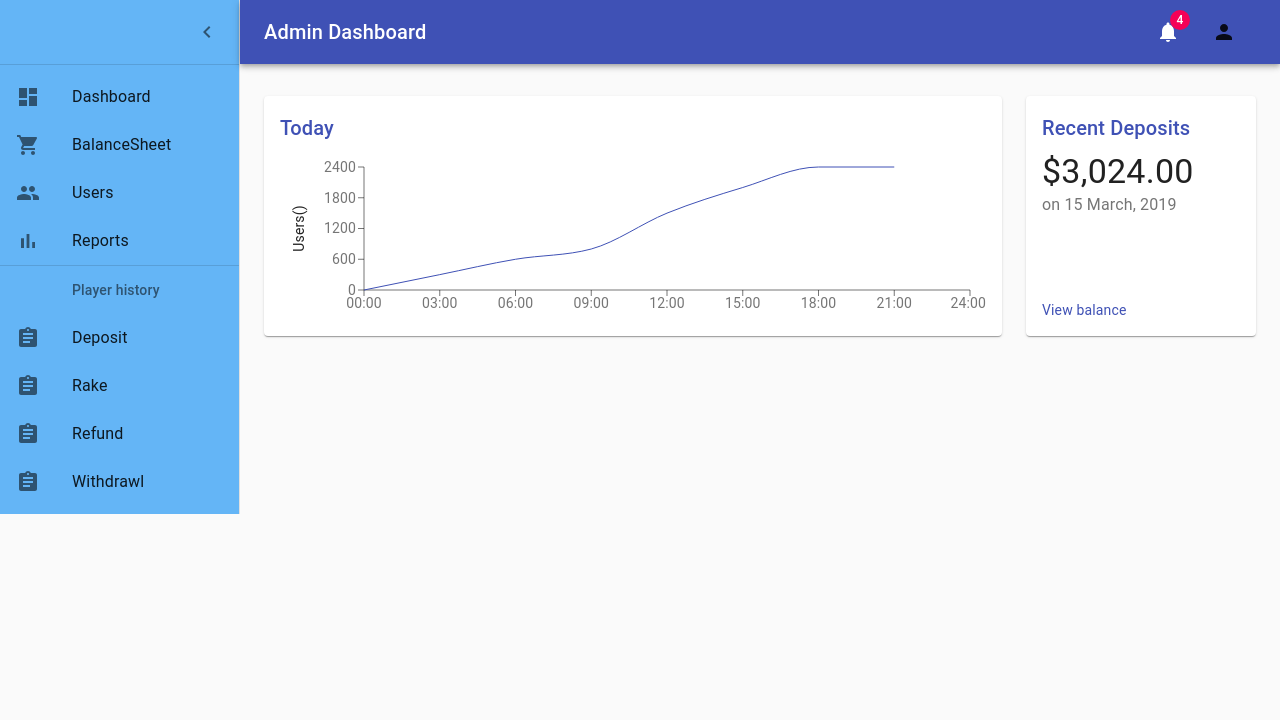
Repository: imayankbisht/ludofrontend
Page: /Dashboard
An editor plug-in stored every save of this project. The page is shown before and after the next save, followed by the edit.
The browser window is 1280 px wide. The pictures show the whole page.
The project was rebuilt for these pictures with package versions that can differ from the ones it lists, and the page was loaded fresh each time. Also part of the build but not shown: src/axios.js, src/components/login.js.

Above is the page before, as saved 2021-01-16 14:53:45.

### src/App.js
import React from 'react';
import './App.css';
import {
  BrowserRouter as Router,
  Switch,
  Route,
 Redirect
} from "react-router-dom";
// import SignInOutContainer from './containers';
import Dashboard from './components/Dashboard';
import Login from './components/login';
 function App() {
  return (
    <div className="App">
  <Router >
    <Switch>
      <Route path="/login" component={Login} />
      <Route path="/Dashboard" component={Dashboard} />
      <Redirect from="/" to="/login" />
    </Switch>
  </Router>
      </div>
  );
}


export default App;

### src/App.css
.App {
  /* text-align: center; */

}

.App-logo {
  height: 40vmin;
  pointer-events: none;
}

@media (prefers-reduced-motion: no-preference) {
  .App-logo {
    animation: App-logo-spin infinite 20s linear;
  }
}

.App-header {
  background-color: #282c34;
  min-height: 100vh;
  display: flex;
  flex-direction: column;
  align-items: center;
  justify-content: center;
  font-size: calc(10px + 2vmin);
  color: white;
}

.App-link {
  color: #61dafb;
}

@keyframes App-logo-spin {
  from {
    transform: rotate(0deg);
  }
  to {
    transform: rotate(360deg);
  }
}

### src/components/Dashboard.js
import React from 'react';
import clsx from 'clsx';
import { makeStyles } from '@material-ui/core/styles';
import CssBaseline from '@material-ui/core/CssBaseline';
import Drawer from '@material-ui/core/Drawer';
import Box from '@material-ui/core/Box';
import AppBar from '@material-ui/core/AppBar';
import Toolbar from '@material-ui/core/Toolbar';
import List from '@material-ui/core/List';
import Typography from '@material-ui/core/Typography';
import Divider from '@material-ui/core/Divider';
import IconButton from '@material-ui/core/IconButton';
import Badge from '@material-ui/core/Badge';
import Container from '@material-ui/core/Container';
import Grid from '@material-ui/core/Grid';
import Paper from '@material-ui/core/Paper';
// import Link from '@material-ui/core/Link';
import MenuIcon from '@material-ui/icons/Menu';
import ChevronLeftIcon from '@material-ui/icons/ChevronLeft';
import NotificationsIcon from '@material-ui/icons/Notifications';
import { mainListItems} from './listItems';
import Chart from './Chart';
import Deposits from './Deposits';
import MenuItem from "@material-ui/core/MenuItem";
import MenuList from "@material-ui/core/MenuList";
import Hidden from "@material-ui/core/Hidden";
import Grow from "@material-ui/core/Grow";
import Poppers from "@material-ui/core/Popper";
import ClickAwayListener from "@material-ui/core/ClickAwayListener";
import Person from "@material-ui/icons/Person";
import classNames from "classnames";
import Button from "@material-ui/core/Button";
import {Link} from 'react-router-dom';

const drawerWidth = 240;

const useStyles = makeStyles((theme) => ({
  root: {
    display: 'flex',
  },
  toolbar: {
    paddingRight: 24, // keep right padding when drawer closed
  },
  toolbarIcon: {
    display: 'flex',
    alignItems: 'center',
    justifyContent: 'flex-end',
    padding: '0 8px',
    ...theme.mixins.toolbar,
  },
  appBar: {
    zIndex: theme.zIndex.drawer + 1,
    transition: theme.transitions.create(['width', 'margin'], {
      easing: theme.transitions.easing.sharp,
      duration: theme.transitions.duration.leavingScreen,
    }),
  },
  appBarShift: {
    marginLeft: drawerWidth,
    width: `calc(100% - ${drawerWidth}px)`,
    transition: theme.transitions.create(['width', 'margin'], {
      easing: theme.transitions.easing.sharp,
      duration: theme.transitions.duration.enteringScreen,
    }),
  },
  menuButton: {
    marginRight: 36,
  },
  menuButtonHidden: {
    display: 'none',
  },
  title: {
    flexGrow: 1,
  },
  drawerPaper: {
    position: 'relative',
    whiteSpace: 'nowrap',
    width: drawerWidth,
    transition: theme.transitions.create('width', {
      easing: theme.transitions.easing.sharp,
      duration: theme.transitions.duration.enteringScreen,
    }),
  },
  drawerPaperClose: {
    overflowX: 'hidden',
    transition: theme.transitions.create('width', {
      easing: theme.transitions.easing.sharp,
      duration: theme.transitions.duration.leavingScreen,
    }),
    width: theme.spacing(7),
    [theme.breakpoints.up('sm')]: {
      width: theme.spacing(9),
    },
  },
  appBarSpacer: theme.mixins.toolbar,
  content: {
    flexGrow: 1,
    height: '100vh',
    overflow: 'auto',
  },
  container: {
    paddingTop: theme.spacing(4),
    paddingBottom: theme.spacing(4),
  },
  paper: {
    padding: theme.spacing(2),
    display: 'flex',
    overflow: 'auto',
    flexDirection: 'column',
  },
  fixedHeight: {
    height: 240,
  },
}));

 function Dashboard() {
  const classes = useStyles();
  const [open, setOpen] = React.useState(true);
  const [openProfile, setOpenProfile] = React.useState(null);
  const handleClickProfile = event => {
    if (openProfile && openProfile.contains(event.target)) {
      setOpenProfile(null);
    } else {
      setOpenProfile(event.currentTarget);
    }
  };
  const handleCloseProfile = () => {
    setOpenProfile(null);
  };
  const handleDrawerOpen = () => {
    setOpen(true);
  };
  const handleDrawerClose = () => {
    setOpen(false);
  };
  const fixedHeightPaper = clsx(classes.paper, classes.fixedHeight);

  return (
    <div className={classes.root}>
      <CssBaseline />
      <AppBar position="absolute" className={clsx(classes.appBar, open && classes.appBarShift)}>
        <Toolbar className={classes.toolbar}>
          <IconButton
            edge="start"
            color="inherit"
            aria-label="open drawer"
            onClick={handleDrawerOpen}
            className={clsx(classes.menuButton, open && classes.menuButtonHidden)}
          >
            <MenuIcon />
          </IconButton>
          <Typography component="h1" variant="h6" color="inherit" noWrap className={classes.title}>
          Admin Dashboard
          </Typography>
          <IconButton color="inherit">
            <Badge badgeContent={4} color="secondary">
              <NotificationsIcon />
            </Badge>
          </IconButton>
          <Button
          color={window.innerWidth > 959 ? "transparent" : "white"}
          justIcon={window.innerWidth > 959}
          simple={!(window.innerWidth > 959)}
          aria-owns={openProfile ? "profile-menu-list-grow" : null}
          aria-haspopup="true"
          onClick={handleClickProfile}
          className={classes.buttonLink}
        >
          <Person className={classes.icons} />
          <Hidden mdUp implementation="css">
            <p className={classes.linkText}>Profile</p>
          </Hidden>
        </Button>
        <Poppers
          open={Boolean(openProfile)}
          anchorEl={openProfile}
          transition
          disablePortal
          className={
            classNames({ [classes.popperClose]: !openProfile }) +
            " " +
            classes.popperNav
          }
        >
          {({ TransitionProps, placement }) => (
            <Grow
              {...TransitionProps}
              id="profile-menu-list-grow"
              style={{
                transformOrigin:
                  placement === "bottom" ? "center top" : "center bottom"
              }}
            >
              <Paper>
                <ClickAwayListener onClickAway={handleCloseProfile}>
                  <MenuList role="menu">
                    <MenuItem
                      onClick={handleCloseProfile}
                      className={classes.dropdownItem}
                    >
                      Profile
                    </MenuItem>
                    <MenuItem
                      onClick={handleCloseProfile}
                      className={classes.dropdownItem}
                    >
                      Settings
                    </MenuItem>
                    <Divider light />
                    <Link to="login">
                    <MenuItem
                      onClick={handleCloseProfile}
                      className={classes.dropdownItem}
                    >
                      Logout
                    </MenuItem>
                    </Link>
                  </MenuList>
                </ClickAwayListener>
              </Paper>
            </Grow>
          )}
        </Poppers>
        </Toolbar>
      </AppBar>
     <Box bgcolor="info">
     <Drawer
        variant="permanent"
        classes={{
          paper: clsx(classes.drawerPaper, !open && classes.drawerPaperClose),
        }}
        open={open}
      >
        <Box bgcolor="info.light">
        <div className={classes.toolbarIcon}>
          <IconButton onClick={handleDrawerClose}>
            <ChevronLeftIcon />
          </IconButton>
        </div>
        <Divider />
        <List>{mainListItems}</List>
        </Box>
        {/* <List>{secondaryListItems}</List> */}
      </Drawer>
     </Box>
      <main className={classes.content}>
        <div className={classes.appBarSpacer} />
        <Container maxWidth="lg" className={classes.container}>
          <Grid container spacing={3}>
            {/* Chart */}
            <Grid item xs={12} md={8} lg={9}>
              <Paper className={fixedHeightPaper}>
                <Chart />
              </Paper>
            </Grid>
            {/* Recent Deposits */}
            <Grid item xs={12} md={4} lg={3}>
              <Paper className={fixedHeightPaper}>
                <Deposits />
              </Paper>
            </Grid>

          </Grid>

        </Container>
      </main>
    </div>
  );
}
export default Dashboard;

### src/components/listItems.js
import React from 'react';
import ListItem from '@material-ui/core/ListItem';
import ListItemIcon from '@material-ui/core/ListItemIcon';
import ListItemText from '@material-ui/core/ListItemText';
import ListSubheader from '@material-ui/core/ListSubheader';
import DashboardIcon from '@material-ui/icons/Dashboard';
import ShoppingCartIcon from '@material-ui/icons/ShoppingCart';
import PeopleIcon from '@material-ui/icons/People';
import BarChartIcon from '@material-ui/icons/BarChart';
import LayersIcon from '@material-ui/icons/Layers';
import AssignmentIcon from '@material-ui/icons/Assignment';
import Box from '@material-ui/core/Box';
import Divider from '@material-ui/core/Divider';

export const mainListItems = (
  // <Box bgcolor="lightgray">
  <div>

   <ListItem button>
      <ListItemIcon>
        <DashboardIcon />
      </ListItemIcon>
      <ListItemText primary="Dashboard" />
    </ListItem>
    <ListItem button>
      <ListItemIcon>
        <ShoppingCartIcon />
      </ListItemIcon>
      <ListItemText primary="BalanceSheet" />
    </ListItem>
    <ListItem button>
      <ListItemIcon>
        <PeopleIcon />
      </ListItemIcon>
      <ListItemText primary="Users" />
    </ListItem>
    <ListItem button>
      <ListItemIcon>
        <BarChartIcon />
      </ListItemIcon>
      <ListItemText primary="Reports" />
    </ListItem>
    <Divider />
    <ListSubheader inset>Player history</ListSubheader>
    <ListItem button>
      <ListItemIcon>
        <AssignmentIcon />
      </ListItemIcon>
      <ListItemText primary="Deposit" />
    </ListItem>
    <ListItem button>
      <ListItemIcon>
        <AssignmentIcon />
      </ListItemIcon>
      <ListItemText primary="Rake" />
    </ListItem>
    <ListItem button>
      <ListItemIcon>
        <AssignmentIcon />
      </ListItemIcon>
      <ListItemText primary="Refund" />
    </ListItem>
    <ListItem button>
      <ListItemIcon>
        <AssignmentIcon />
      </ListItemIcon>
      <ListItemText primary="Withdrawl" />
    </ListItem>


  </div>
  // </Box>
);

// export const secondaryListItems = (
//   <div>
//     <ListSubheader inset>Player history</ListSubheader>
//     <ListItem button>
//       <ListItemIcon>
//         <AssignmentIcon />
//       </ListItemIcon>
//       <ListItemText primary="Deposit" />
//     </ListItem>
//     <ListItem button>
//       <ListItemIcon>
//         <AssignmentIcon />
//       </ListItemIcon>
//       <ListItemText primary="Rake" />
//     </ListItem>
//     <ListItem button>
//       <ListItemIcon>
//         <AssignmentIcon />
//       </ListItemIcon>
//       <ListItemText primary="Refund" />
//     </ListItem>
//     <ListItem button>
//       <ListItemIcon>
//         <AssignmentIcon />
//       </ListItemIcon>
//       <ListItemText primary="Withdrawl" />
//     </ListItem>
//   </div>
// );

### src/components/Chart.js
import React from 'react';
import { useTheme } from '@material-ui/core/styles';
import { LineChart, Line, XAxis, YAxis, Label, ResponsiveContainer } from 'recharts';
import Title from './Title';

// Generate Sales Data
function createData(time, amount) {
  return { time, amount };
}

const data = [
  createData('00:00', 0),
  createData('03:00', 300),
  createData('06:00', 600),
  createData('09:00', 800),
  createData('12:00', 1500),
  createData('15:00', 2000),
  createData('18:00', 2400),
  createData('21:00', 2400),
  createData('24:00', undefined),
];

export default function Chart() {
  const theme = useTheme();

  return (
    <React.Fragment>
      <Title>Today</Title>
      <ResponsiveContainer>
        <LineChart
          data={data}
          margin={{
            top: 16,
            right: 16,
            bottom: 0,
            left: 24,
          }}
        >
          <XAxis dataKey="time" stroke={theme.palette.text.secondary} />
          <YAxis stroke={theme.palette.text.secondary}>
            <Label
              angle={270}
              position="left"
              style={{ textAnchor: 'middle', fill: theme.palette.text.primary }}
            >
              Users()
            </Label>
          </YAxis>
          <Line type="monotone" dataKey="amount" stroke={theme.palette.primary.main} dot={false} />
        </LineChart>
      </ResponsiveContainer>
    </React.Fragment>
  );
}

### src/components/Deposits.js
import React from 'react';
import Link from '@material-ui/core/Link';
import { makeStyles } from '@material-ui/core/styles';
import Typography from '@material-ui/core/Typography';
import Title from './Title';

function preventDefault(event) {
  event.preventDefault();
}

const useStyles = makeStyles({
  depositContext: {
    flex: 1,
  },
});

export default function Deposits() {
  const classes = useStyles();
  return (
    <React.Fragment>
      <Title>Recent Deposits</Title>
      <Typography component="p" variant="h4">
        $3,024.00
      </Typography>
      <Typography color="textSecondary" className={classes.depositContext}>
        on 15 March, 2019
      </Typography>
      <div>
        <Link color="primary" href="#" onClick={preventDefault}>
          View balance
        </Link>
      </div>
    </React.Fragment>
  );
}

Loaded but not shown: public/index.html (common file); src/index.js (common file); src/index.css (common file); src/serviceWorker.js (common file); src/components/Title.js (common file)

After the next save:
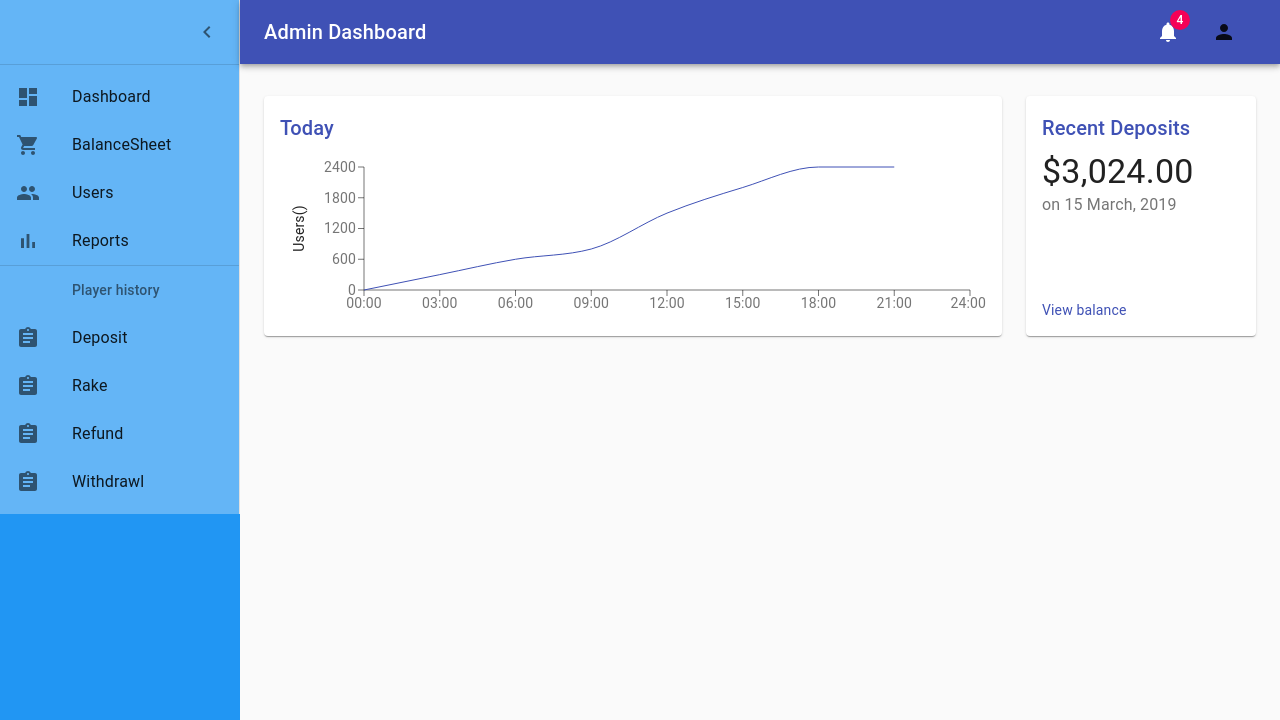
Saved 8 s later.
--- a/src/components/Dashboard.js
+++ b/src/components/Dashboard.js
@@ -223,7 +223,7 @@ const useStyles = makeStyles((theme) => ({
         </Poppers>
         </Toolbar>
       </AppBar>
-     <Box bgcolor="info">
+     <Box bgcolor="info.main">
      <Drawer
         variant="permanent"
         classes={{
